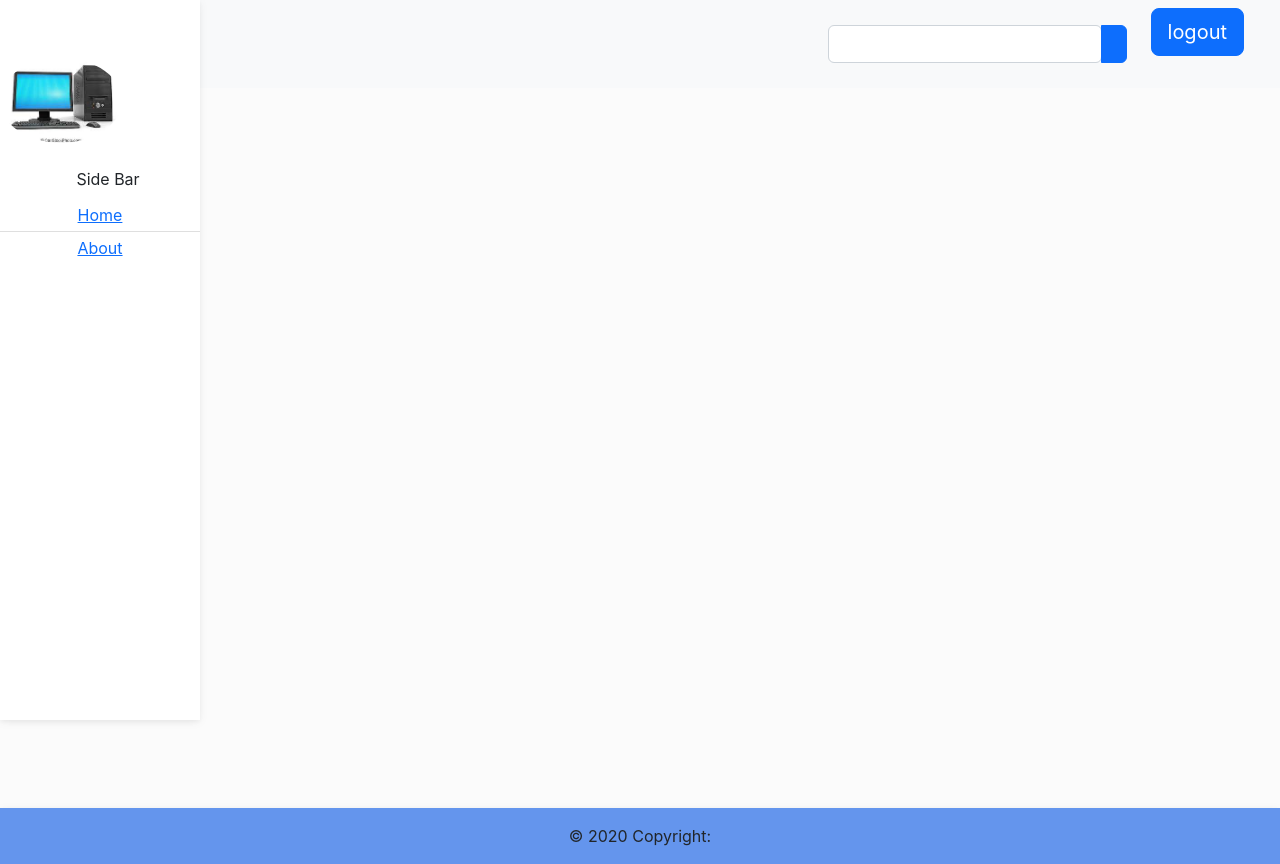
Repository: Sakshamccna/React
Page: /
The author's editor kept a copy of each file at every save. The page is drawn from the files as they stood at one save, then again after the next save.
The browser window is 1280 px wide. The pictures show the whole page.
The project was rebuilt for these pictures with package versions that can differ from the ones it lists, and the page was loaded fresh each time. Also part of the build but not shown: src/Components/Header.css, src/Components/Home.tsx, src/Components/About.tsx.

Above is the page before, as saved 2022-12-26 12:37:02.

### public/index.html
<!DOCTYPE html>
<html lang="en">

<head>
  <meta charset="utf-8" />
  <link rel="icon" href="%PUBLIC_URL%/favicon.ico" />
  <meta name="viewport" content="width=device-width, initial-scale=1" />
  <meta name="theme-color" content="#000000" />
  <meta name="description" content="Web site created using create-react-app" />
  <link rel="apple-touch-icon" href="%PUBLIC_URL%/logo192.png" />
  <!--
      manifest.json provides metadata used when your web app is installed on a
      user's mobile device or desktop. See https://developers.google.com/web/fundamentals/web-app-manifest/
    -->
  <link rel="manifest" href="%PUBLIC_URL%/manifest.json" />
  <link href="https://cdn.jsdelivr.net/npm/bootstrap@5.2.3/dist/css/bootstrap.min.css" rel="stylesheet"
    integrity="sha384-rbsA2VBKQhggwzxH7pPCaAqO46MgnOM80zW1RWuH61DGLwZJEdK2Kadq2F9CUG65" crossorigin="anonymous">
  <!--
      Notice the use of %PUBLIC_URL% in the tags above.
      It will be replaced with the URL of the `public` folder during the build.
      Only files inside the `public` folder can be referenced from the HTML.

      Unlike "/favicon.ico" or "favicon.ico", "%PUBLIC_URL%/favicon.ico" will
      work correctly both with client-side routing and a non-root public URL.
      Learn how to configure a non-root public URL by running `npm run build`.
    -->
  <title>React App</title>
</head>

<body>
  <noscript>You need to enable JavaScript to run this app.</noscript>
  <div id="root"></div>
  <!--
      This HTML file is a template.
      If you open it directly in the browser, you will see an empty page.

      You can add webfonts, meta tags, or analytics to this file.
      The build step will place the bundled scripts into the <body> tag.

      To begin the development, run `npm start` or `yarn start`.
      To create a production bundle, use `npm run build` or `yarn build`.
    -->
</body>
<script src="https://cdn.jsdelivr.net/npm/bootstrap@5.2.3/dist/js/bootstrap.bundle.min.js"
  integrity="sha384-kenU1KFdBIe4zVF0s0G1M5b4hcpxyD9F7jL+jjXkk+Q2h455rYXK/7HAuoJl+0I4" crossorigin="anonymous"></script>

</html>

### src/App.tsx
import React from 'react';
import logo from './logo.svg';
import './App.css';
import { BrowserRouter, Routes, Route } from 'react-router-dom';
import Headers from './Components/Headers';

import Footers from './Components/Footers';
import Sidebar from './Components/Sidebar';
import Home from './Components/Home';
import About from './Components/About';

function App() {
  return (
    <div className="App">
      <BrowserRouter>

        <Routes>
          <Route path="/" element={<Sidebar />} >
            <Route path="/" element={<Headers />} >
              <Route path="Home" element={<Home />} />
              <Route path="About" element={<About />} />
            </Route>
          </Route>






        </Routes>

      </BrowserRouter>
      <Footers />



    </div >
  );
}

export default App;

### src/Components/Headers.tsx
import React from 'react'
import { Outlet } from 'react-router-dom'
import "./Header.css"

function Headers() {
    return (
        <>
            {/* <nav className="navbar sticky-top bg-light topnav-right">

                <div className="">
                    <div className="d-flex justify-content-center mx-4 ">
                        <button type="button" className="btn btn-light btn-lg">logout</button>
                    </div>

                </div>
            </nav> */}
            {/* <div className='container'>
                <div className='row'>
                    <div className='col-2'>

                    </div>
                    <div className='col-10'>
                        <div className="sticky-top  topnav-right">
                            <div className="d-flex justify-content-center mx-4 ">
                                <button type="button" className="btn btn-light btn-lg">logout</button>
                            </div>

                        </div>
                    </div>
                </div> */}

            {/* </div> */}

            <nav className="navbar navbar-expand-lg navbar-light bg-light">
                <div className="container-fluid">


                    <ul className="navbar-nav ms-auto d-flex flex-row">



                        <div className="input-group">
                            <div className="form-outline">
                                <input type="search" id="form1" className="form-control" />

                            </div>
                            <button type="button" className="btn btn-primary">
                                <i className="fa-light fa-magnifying-glass-plus"></i>
                            </button>
                        </div>
                    </ul>
                    <div className="d-flex justify-content-center mx-4 mb-3 mb-lg-4">
                        <button type="button" className="btn btn-primary btn-lg" >logout</button>
                    </div>

                </div>
            </nav>
            <Outlet />

        </>
    )
}

export default Headers

### src/Components/Footers.tsx
import React from 'react'
import "./footer.css"

function Footers() {
    return (
        <footer className="footer">


            <div className="footer-copyright text-center py-3">© 2020 Copyright:

            </div>



        </footer>
    )
}

export default Footers

### src/Components/Sidebar.tsx
import React from 'react'
import { Link, Outlet, useNavigate } from "react-router-dom";
import "./sidebar.css"

function Sidebar() {
    return (
        <>
            <nav id="sidebarMenu" className=" d-lg-block navbar-expand-lg navbar-light sidebar bg-white">


                <p
                    className="nav-link d-flex align-items-center center">
                    <img


                        src="hello.jpg"
                        className="rounded-circle"
                        height="85"
                        alt="Avatar"
                        loading="lazy"
                    />
                </p>

                <a
                    className="list-group-item list-group-item-action py-2 ripple"
                    aria-current="true"
                    data-mdb-toggle="collapse"
                    href="#collapseExample1"
                    aria-expanded="true"
                    aria-controls="collapseExample1"
                >
                    <i className="fas fa-tachometer-alt fa-fw me-3"></i><span>Side Bar</span>
                </a>

                <ul id="collapseExample1" className="collapse show list-group list-group-flush">
                    <li className="list-group-item py-1">
                        < Link to="Home" > Home</Link >
                    </li>
                    <li className="list-group-item py-1">
                        < Link to="About" > About</Link >
                    </li>

                </ul>
            </nav>
            <Outlet />

        </>
    )
}

export default Sidebar

### src/Components/footer.css
.footer {
    margin-top: 100vh;
    box-shadow: 0 2px 5px 0 rgb(0 0 0 / 5%), 0 2px 10px 0 rgb(0 0 0 / 5%);
    background-color: #6495ED;
}

### src/Components/sidebar.css
body {
    background-color: #fbfbfb;
}




.sidebar {
    position: fixed;
    top: 0;
    bottom: 0;
    left: 0;
    padding: 58px 0 0;

    box-shadow: 0 2px 5px 0 rgb(0 0 0 / 5%), 0 2px 10px 0 rgb(0 0 0 / 5%);
    width: 200px;
    z-index: 600;
}

Loaded but not shown: src/index.tsx (common file); src/index.css (common file); src/reportWebVitals.ts (common file); src/App.css (common file)

After the next save:
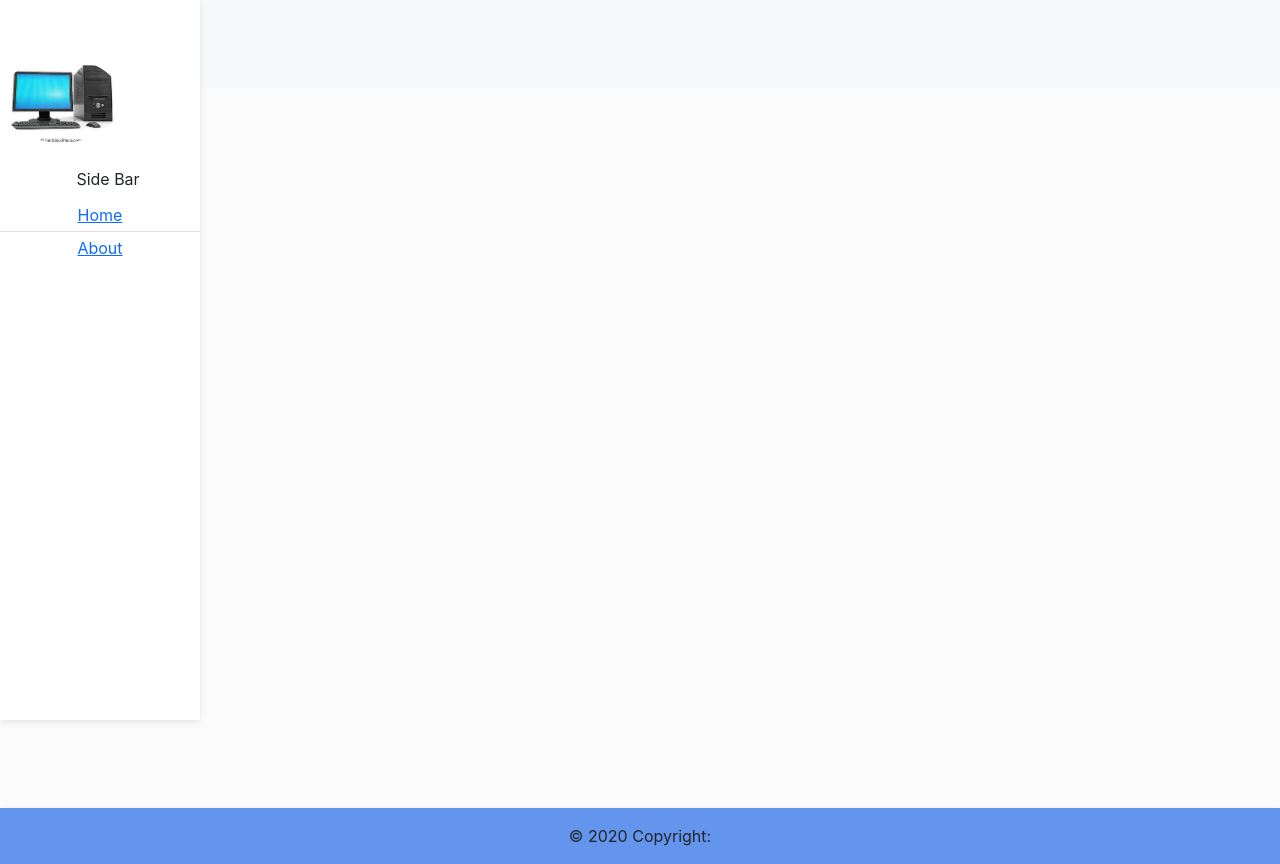
Saved 25 s later.
--- a/src/Components/Headers.tsx
+++ b/src/Components/Headers.tsx
@@ -35,20 +35,7 @@ function Headers() {
                 <div className="container-fluid">
 
 
-                    <ul className="navbar-nav ms-auto d-flex flex-row">
 
-
-
-                        <div className="input-group">
-                            <div className="form-outline">
-                                <input type="search" id="form1" className="form-control" />
-
-                            </div>
-                            <button type="button" className="btn btn-primary">
-                                <i className="fa-light fa-magnifying-glass-plus"></i>
-                            </button>
-                        </div>
-                    </ul>
                     <div className="d-flex justify-content-center mx-4 mb-3 mb-lg-4">
                         <button type="button" className="btn btn-primary btn-lg" >logout</button>
                     </div>
